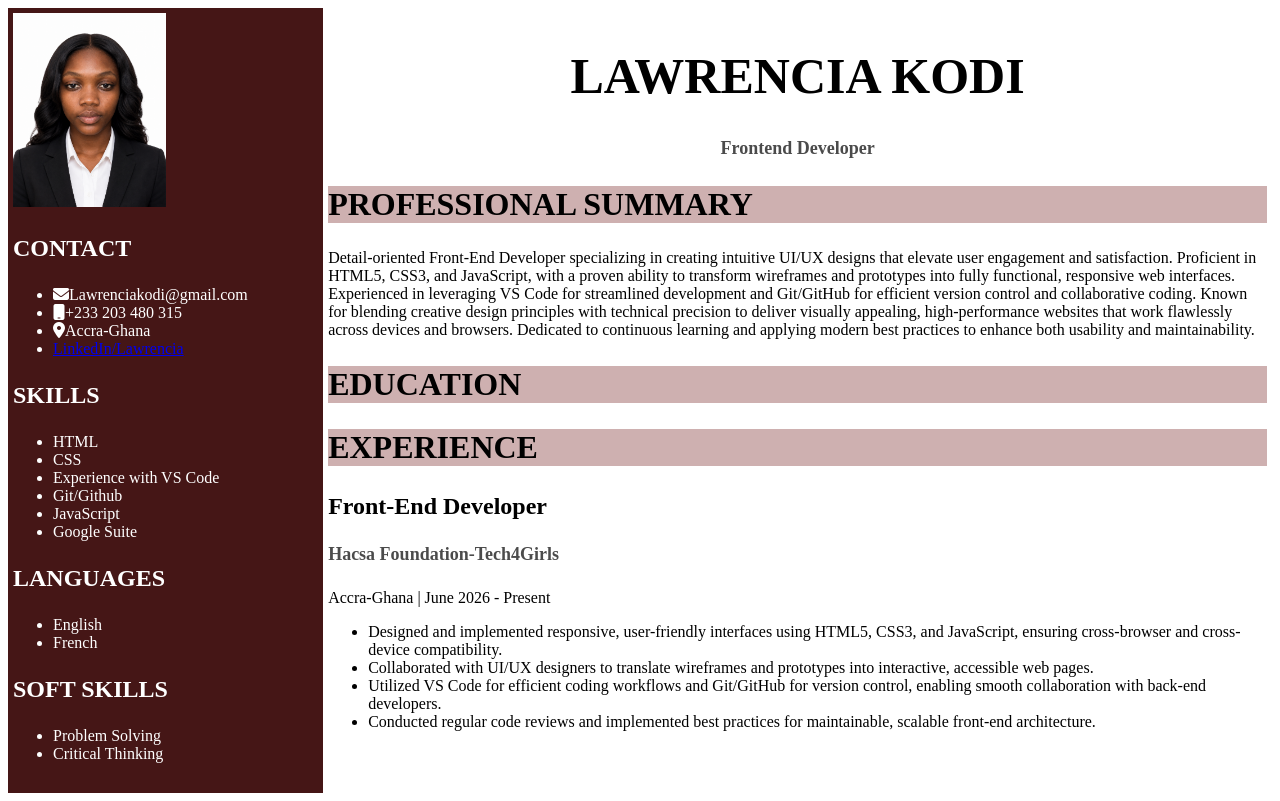
Repository: lawrencia-coder/T4G_CV
Page: index.html
The author's editor kept a copy of each file at every save. The page is drawn from the files as they stood at one save, then again after a run of saves.
The browser window is 1280 px wide. The pictures show the whole page.
Some icons come from a web library that is not loaded, so they are not drawn. Some web libraries are served in a nearby version.

Above is the page before, as saved 2026-07-15 08:05:44.

### index.html
<!DOCTYPE html>
<html lang="en">
<head>
    <meta charset="UTF-8">
    <meta name="viewport" content="width=device-width, initial-scale=1.0">
    <script src="https://kit.fontawesome.com/c72fc9c022.js" crossorigin="anonymous"></script>
    <title>T4G_CV</title>
    <link rel="stylesheet" href="style.css">
</head>
<body>
    <div class="cv-container">
        <div class="left-column">
            <img src="images/passport pic 1.png" alt="" width="50%" height="25%">
            <h3>CONTACT</h3>
             <p>
              <ul>
                <li><i class="fa-solid fa-envelope" style="color: rgb(255, 255, 255);"></i>Lawrenciakodi@gmail.com</li>
                <li><i class="fa-solid fa-mobile" style="color: rgb(255, 255, 255);"></i>+233 203 480 315</li>
                <li><i class="fa-solid fa-location-dot" style="color: rgb(255, 255, 255);"></i>Accra-Ghana</li>
                <li><i class="fa-brands fa-square-linkedin" style="color: rgb(255, 255, 255);"></i><a href="www.linkedin.com/in/lawrencia-kodi-192a71305" target="_blank" rel="noopener noreferrer">LinkedIn/Lawrencia</a></li>
              </ul>
             </p>

            <h3>SKILLS</h3>
             <p>
                <ul>
                    <li>HTML</li>
                    <li>CSS</li>
                    <li>Experience with VS Code</li>
                    <li>Git/Github</li>
                    <li>JavaScript</li>
                    <li>Google Suite</li>
                </ul>
             </p>

             <h3>LANGUAGES</h3>
             <p>
                <ul>
                    <li>English</li>
                    <li>French</li>
                </ul>
             </p>

             <h3>SOFT SKILLS</h3>
             <p>
                <ul>
                    <li>Problem Solving</li>
                    <li>Critical Thinking</li>

                </ul>
             </p>
        </div>
         <div class="right-column">
             <h1>LAWRENCIA KODI  </h1>
             <h4 style="text-align: center;">Frontend Developer</h4>
             <h2>PROFESSIONAL SUMMARY</h2>
              <p>Detail-oriented Front-End Developer specializing in creating intuitive UI/UX designs that elevate user engagement and satisfaction.
                 Proficient in HTML5, CSS3, and JavaScript, with a proven ability to transform wireframes and prototypes into fully functional, responsive web interfaces.
                 Experienced in leveraging VS Code for streamlined development and Git/GitHub for efficient version control and collaborative coding.
                 Known for blending creative design principles with technical precision to deliver visually appealing, high-performance websites that work flawlessly across devices and browsers.
                 Dedicated to continuous learning and applying modern best practices to enhance both usability and maintainability.
                </p>

                <h2>EDUCATION</h2>
                <p></p>

                <h2>EXPERIENCE</h2>
                <p>
                    <h3>Front-End Developer</h3>
                    <h4>Hacsa Foundation-Tech4Girls </h4>
                    <p2>Accra-Ghana   |   June 2026 - Present</p2>
                </p>
                 <p>
                    <ul>
                        <li>Designed and implemented responsive, user-friendly interfaces using HTML5, CSS3, and JavaScript, ensuring cross-browser and cross-device compatibility.</li>
                        <li>Collaborated with UI/UX designers to translate wireframes and prototypes into interactive, accessible web pages.</li>
                        <li>Utilized VS Code for efficient coding workflows and Git/GitHub for version control, enabling smooth collaboration with back-end developers.</li>
                        <li>Conducted regular code reviews and implemented best practices for maintainable, scalable front-end architecture.</li>
                    </ul>
                 </p>
         </div>
    </div>

</body>
</html>

### style.css
/* styling headings */
h1{
    text-align: center;
    font-size: 50px;
    margin-bottom: none;
}

h4{
    opacity: calc(70%);
    font-size: large;
}

h2{
    background-color: rgb(206, 176, 176);
    font-size: xx-large;
}

h3{
    font-size: x-large;
}

h5{
font-size: large;
opacity: 80%;
display: flex;
flex-direction: row;
}

h6{
align-self: flex-end;
}


/* styling cv-container */
.cv-container{
    display: flex;
    width: 100%;
    min-height: 100vh;
}

.left-column{
width: 26%;
background-color: rgb(69, 22, 22);
color: white;
padding: 5px;
}

.right-column{
    width: 80%;
    background-color: white;
    color: black;
    padding: 5px;
}

After the next 3 saves:
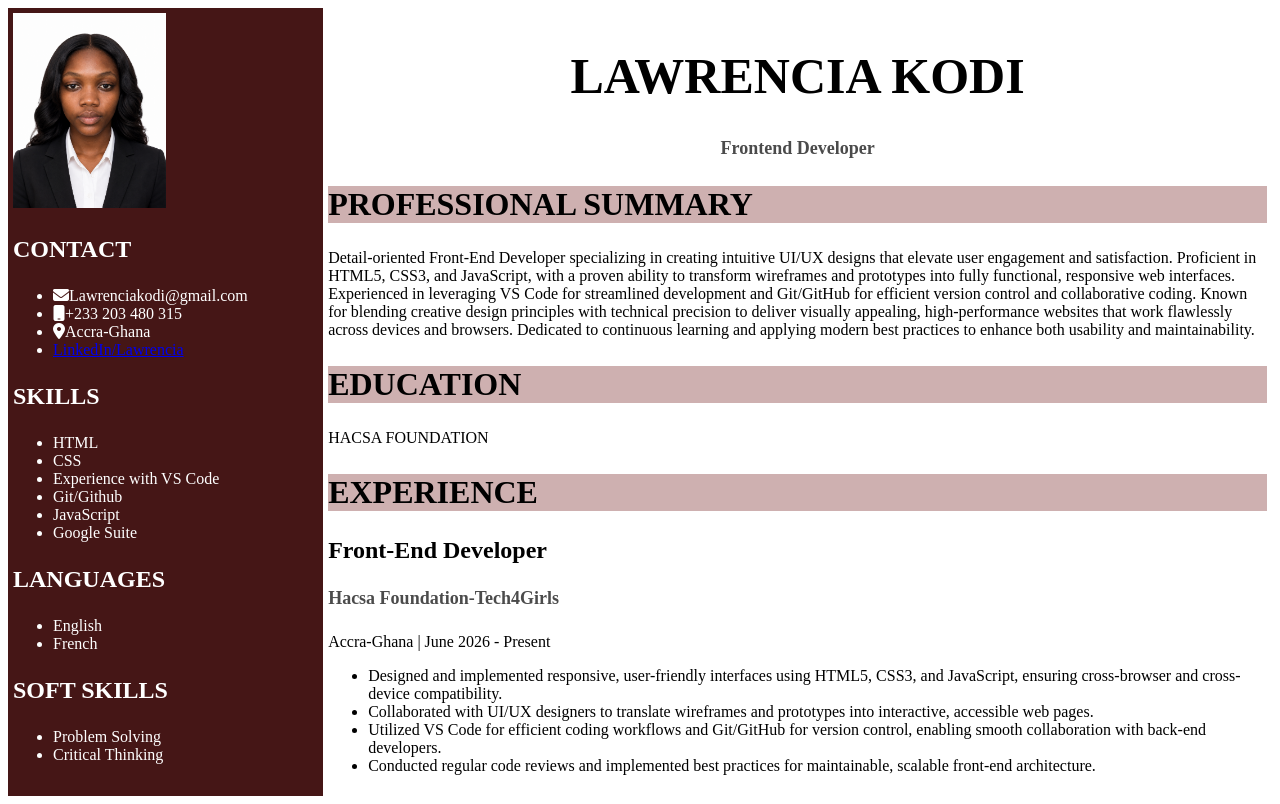
The 3 saves are shown as one change because they came seconds apart.
The last was saved 14 s later.
--- a/index.html
+++ b/index.html
@@ -62,7 +62,8 @@
                 </p>
 
                 <h2>EDUCATION</h2>
-                <p></p>
+                <p>HACSA FOUNDATION</p>
+
 
                 <h2>EXPERIENCE</h2>
                 <p>
